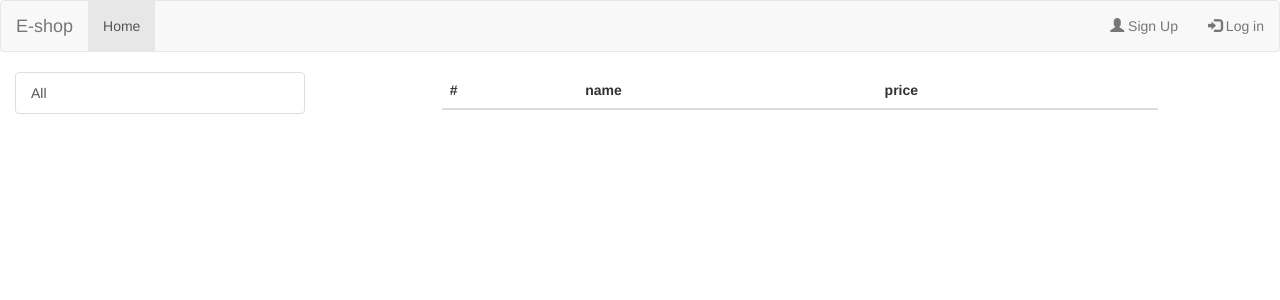
Repository: aziza-kamet/cms
Page: http://localhost/
The author's editor kept a record of every edit. The page is drawn from the files as they stood at one moment, then again after the next edit.
The browser window is 1280 px wide. The pictures show the whole page.
Some web libraries are served in a nearby version. The page is run by PHP 8.4 with error messages shown; the project is at /var/www/html/. Queries for data that is not in the repository find no rows.

Above is the page before.

### index.php
<?php
  session_start();

  require "init/db.php";
  require "functions.php";

	$page = "home";
	$online = false;

	setStatus();
	setPage();

	if(isset($_GET['act'])){

	  if($_GET['act'] == "login"){
	      if(isset($_POST['login']) && isset($_POST['pwd'])){
	          logIn($_POST['login'], $_POST['pwd']);
	      } else {
	        header("Location:?page=login&err=404");
	      }
	  } else if($_GET['act'] == "logout"){
	      logout();
	  } else if($_GET['act'] == "reg"){
	      if(isset($_POST['company_name']) && isset($_POST['login']) && isset($_POST['pwd']) && isset($_POST['re_pwd'])){
	        $result = signUp($_POST['company_name'], $_POST['login'], $_POST['pwd'], $_POST['re_pwd']);
	        if(isset($result->error)){
	          header("Location:?page=registration&err=$result->error");
	        } else {
	          logIn($_POST['login'], $_POST['pwd']);
	        }
	      } else{
	        header("Location:page=reg&err=404");
	      }
	  } else if($_GET['act']=='add_category'){
	        if(isset($_POST['name'])){
	            addCategory($_POST['name']);
	        }
	  } else if($_GET['act']=='add_commodity'){
	      if(isset($_POST['categoryId']) && isset($_POST['name']) && isset($_POST['price'])){
	          addCommidity($_POST['categoryId'], $_POST['name'], $_POST['price']);
	      }
	  } /*else if($_GET['act']=='add_manager'){
	      if(isset($_POST['login']) && isset($_POST['password']) && isset($_POST['repassword']) && isset($_POST['type'])){
	         addManager($_POST['login'],$_POST['password'],$_POST['repassword'], $_POST['type']);
	      }
	  } */else if($_GET['act']=='edit_category'){
	      if(isset($_POST['category_id']) && isset($_POST['name'] )){
	          editCategory($_POST['category_id'], $_POST['name']);
	      }
	  } else if($_GET['act']=='edit_manager'){
	      if(isset($_POST['manager_id']) && isset($_POST['login']) && isset($_POST['password']) && isset($_POST['repassword']) && isset($_POST['type'])){
	          editManager($_POST['manager_id'], $_POST['login'], $_POST['password'], $_POST['repassword'], $_POST['type']);
	      }
	  } else if($_GET['act']=='edit_commodity'){
	       if(isset($_POST['commodity_id']) && isset($_POST['name']) && isset($_POST['price']) && isset($_POST['categoryId'])){
	         editCommodity($_POST['commodity_id'],$_POST['name'], $_POST['price'], $_POST['categoryId']);
	       }
	  } else if($_GET['act']=='delete_manager'){
	      if(isset($_POST['manager_id'])){
	          deleteManager($_POST['manager_id']);
	      }
	  } else if($_GET['act']=='delete_category'){
	      if(isset($_POST['category_id'])){
	          deleteCategory($_POST['category_id']);
	      }
	  } else if($_GET['act']=='delete_commodity'){
	      if(isset($_POST['commodity_id'])){
	          deleteCommodity($_POST['commodity_id']);
	      }
	  } else if($_GET['act']=='block_manager'){
	      if(isset($_POST['manager_id'])){
	          blockManager($_POST['manager_id']);
	      }
	  } else if($_GET['act']=='unblock_manager'){
	      if(isset($_POST['manager_id'])){
	          unblockManager($_POST['manager_id']);
	      }
	  } else if($_GET['act']=='add_sales'){
	      if(isset($_POST['client_id']) && isset($_POST['commodity_id']) && isset($_POST['price']) && isset($_POST['quantity']) && isset($_POST['address'])){
	          addSales($_POST['client_id'],$_POST['commodity_id'],$_POST['price'],$_POST['quantity'],$_POST['address']);
	      }
	  } else if($_GET['act']=='add_quality_notes'){
	      if(isset($_POST['client_id']) && isset($_POST['reason']) && isset($_POST['commodity_id'])){
	          addQualityNotes($_POST['client_id'], $_POST['reason'], $_POST['commodity_id']);
	      }
	  }else if($_GET['act']=='add_tech_support_notes'){
	  	if(isset($_POST['client_id']) && isset($_POST['problem']) && isset($_POST['solution']) && isset($_POST['commodity_id'])){
	  		add_tech_support_notes($_POST['client_id'],$_POST['problem'],$_POST['solution'],$_POST['commodity_id']);
	  		header("LOcation:?page=tech_support");
	  	}
	  } else if($_GET['act']=='addCallTo'){
		  if(isset($_POST['client_id']) && $_POST['client_id']=='noName'){
	  		if(isset($_POST['name']) && isset($_POST['surname']) && isset($_POST['phone']) && isset($_POST['commodity_id']) && isset($_POST['result'])){
	  			addFirstCallTo($_POST['name'], $_POST['surname'], $_POST['phone'], $_POST['commodity_id'], $_POST['result']);
	  			header("Location:?page=sales&table=callsTo");
	  		}
		  }else if(isset($_POST['client_id']) && $_POST['client_id']!='noName'){
		  	if(isset($_POST['client_id']) && isset($_POST['commodity_id']) && isset($_POST['result'])){
	  			addSecondCallTo($_POST['client_id'], $_POST['commodity_id'], $_POST['result']);
	  			header("Location:?page=sales&table=callsTo");
	  		}
		  }else{
		  	echo "error";
		  }
	  }else if($_GET['act']=='addCallFrom'){
	  	 if(isset($_POST['client_id']) && $_POST['client_id']=='noName'){
	  		if(isset($_POST['name']) && isset($_POST['surname']) && isset($_POST['phone']) && isset($_POST['reason']) && isset($_POST['result'])){
	  			addFirstCallFrom($_POST['name'],$_POST['surname'],$_POST['phone'],$_POST['reason'],$_POST['result']);
	  			header("Location:?page=sales&table=callsFrom");
	  		}
		  }else if(isset($_POST['client_id']) && $_POST['client_id']!='noName'){
		  	if(isset($_POST['client_id']) && isset($_POST['reason']) && isset($_POST['result'])){
	  			addSecondCallFrom($_POST['client_id'],$_POST['reason'],$_POST['result']);
	  			header("Location:?page=sales&table=callsFrom");
	  		}
		  }else{
		  	echo "Error";
		  }
	  }else if($_GET['act']=='addCallsManager'){
	  	if(isset($_POST['rejected'])){
	  		if(isset($_POST['client_id']) && isset($_POST['manager_id']) && isset($_POST['reason'])){
	  			call_rejected($_POST['client_id'],$_POST['manager_id'],$_POST['reason']);
	  			header("Location:?page=calls");
	  		}
	  	}else{
	  		if(isset($_POST['client_id']) && isset($_POST['manager_id'])){
	  			call_not_rejected($_POST['client_id'],$_POST['manager_id']);
	  			header("Location:?page=calls");
	  		}
	  	}
	  }/*else if($_GET['act']=='add_return'){
	  	if(isset($_POST['sale_id']) && isset($_POST['reason'])){
	  		add_return($_POST['sale_id'],$_POST['reason']);
	  	}
	  }*/


	}

?>
<!DOCTYPE html>
<html lang="en">
    <head>
      <title>Bootstrap Case</title>
      <meta charset="utf-8">
      <meta name="viewport" content="width=device-width, initial-scale=1">
      <!-- Latest compiled and minified CSS -->
      <link rel="stylesheet" href="https://maxcdn.bootstrapcdn.com/bootstrap/3.3.7/css/bootstrap.min.css" integrity="sha384-BVYiiSIFeK1dGmJRAkycuHAHRg32OmUcww7on3RYdg4Va+PmSTsz/K68vbdEjh4u" crossorigin="anonymous">
      <script src="https://ajax.googleapis.com/ajax/libs/jquery/1.12.4/jquery.min.js"></script>
      <!-- Latest compiled and minified JavaScript -->
      <script src="http://code.jquery.com/jquery-1.11.3.js "></script>
      <script src="https://maxcdn.bootstrapcdn.com/bootstrap/3.3.7/js/bootstrap.min.js" integrity="sha384-Tc5IQib027qvyjSMfHjOMaLkfuWVxZxUPnCJA7l2mCWNIpG9mGCD8wGNIcPD7Txa" crossorigin="anonymous"></script>
    </head>
    <body>

	      <?php
	      	require "templates/menu.php";
	      ?>

	       <?php
	      	require "modules/$page.php";
	      ?>
    </body>
</html>

### init/db.php
<?php

    $connection = new mysqli("127.0.0.1", "wormhole23", "", "internet_shop");

    if($connection->connect_errno) {
        echo "Database connection error";
    }

?>

### templates/menu.php
        <nav class="navbar navbar-default">
          <div class="container-fluid">
            <div class="navbar-header">
              <a class="navbar-brand" href="#">E-shop</a>
            </div>
            <ul class="nav navbar-nav">
              <li class="active"><a href="?page=home">Home</a></li>
            </ul>
            <ul class="nav navbar-nav navbar-right">

              <?php
                if($online){
              ?>
              <li><a href="?page=logout"><span class=" "></span>Log out</a></li>
              <?php
                } else{
              ?>
                <li><a href="?page=registration"><span class="glyphicon glyphicon-user"></span> Sign Up</a></li>
                <li><a href="?page=login"><span class="glyphicon glyphicon-log-in"></span> Log in</a></li>
              <?php
              }
            ?>
            </ul>
          </div>
        </nav>

### modules/home.php


<div class="container-fluid">
  <div class="row">
    <div class="col-md-3">
       <div class="list-group" >
        <a class="list-group-item" onclick="getAllCommodities()">All</a>
        <?php
          $allCategories = getCategoriesForMenu();
          foreach($allCategories as $idRow=>$row){
           echo "<a onclick='getCommoditiesOnCategories($idRow)' class='list-group-item'>".$row."</a>";
          }
        ?>
    </div>
    </div>
    <div class="col-md-1"></div>
    <div class="col-md-7">
      <table class="table">
          <thead>
          <tr>
            <th>#</th>
            <th>name</th>
            <th>price</th>
          </tr>
        </thead>
         <tbody>


        </tbody>
      </table>
    </div>
    <div class="col-md-1"></div>
  </div>
</div>

<script>
  $(document).ready(function(){
      getAllCommodities();
    });
  function getAllCommodities(){
    jQuery.ajax({
      url: "ajax.php",
      data: "act=allCommOnCat",
      type: "POST",
      success: function(data){
          $('tbody').html(data);
      },
      error: function(xh, text, error){
        alert(error);
      }
    });
  }
  function getCommoditiesOnCategories(category_id){


    jQuery.ajax({
      url: "ajax.php",
      data: "act=commOnCat&arr=" + category_id,
      type: "POST",
      success: function(data){
          $('tbody').html(data);
      },
      error: function(xh, text, error){
        alert(error);
      }
    });
  }
</script>

### ajax.php
<?php
    session_start();

    require "init/db.php";
    require "functions.php";

    if(isset($_GET['req'])){
        if($_GET['req'] == "getCommodity" && isset($_GET['id'])){
            $id = $_GET['id'];
            $sql = "SELECT * FROM commodities WHERE commodity_id=$id";
            $query = $connection->query($sql);
            if($row = $query->fetch_object()){
                $json = array("name" => $row->name, "price" => $row->price, "category" => $row->category_id);
                echo json_encode($json);
            } else {
                echo "-1";
            }

        }else if($_GET['req']=="getManagers" && isset($_GET['id'])){
            $id = $_GET['id'];
            $sql = "SELECT * FROM users WHERE user_id=$id";
            $query = $connection->query($sql);
            if($row = $query->fetch_object()){
                $json = array('login' => $row->login, 'password'=>$row->password,'type'=>$row->type);
                echo json_encode($json);
            }else{
                echo "-1";
            }
        } else if($_GET['req'] == "getSalesReport" && isset($_GET['comp_id'])){
            $sales = getSalesReport($_GET['comp_id']);
            ?>
            <thead>
                <tr>
                    <th>Manager</th>
                    <th>Client</th>
                    <th>Commodity</th>
                    <th>Price</th>
                    <th>Quantity</th>
                    <th>Date</th>
                    <th>Address</th>
                </tr>
            </thead>
            <tbody>
            <?php
            foreach ($sales as $id=>$arr) {
        ?>

            <tr>
                <td><?php echo $arr['manager'];?></td>
                <td><?php echo $arr['client'];?></td>
                <td><?php echo $arr['commodity'];?></td>
                <td><?php echo $arr['price'];?></td>
                <td><?php echo $arr['quantity'];?></td>
                <td><?php echo $arr['date'];?></td>
                <td><?php echo $arr['address'];?></td>
            </tr>

        <?php
            }
            ?>
            </tbody>
            <?php

        } else if($_GET['req'] == "getTechSuppReport" && isset($_GET['comp_id'])){
            $tech = getTechSuppReport($_GET['comp_id']);
            ?>
            <thead>
                <tr>
                    <th>Manager</th>
                    <th>Client</th>
                    <th>Commodity</th>
                    <th>Reason</th>
                    <th>Result</th>
                </tr>
            </thead>
            <tbody>
            <?php
            foreach ($tech as $id=>$arr) {
        ?>

            <tr>
                <td><?php echo $arr['manager'];?></td>
                <td><?php echo $arr['client'];?></td>
                <td><?php echo $arr['commodity'];?></td>
                <td><?php echo $arr['reason'];?></td>
                <td><?php echo $arr['result'];?></td>
            </tr>

        <?php
            }
            ?>
            </tbody>
            <?php

        } else if($_GET['req'] == "getQualityReport" && isset($_GET['comp_id'])){
            $quality = getQualityReport($_GET['comp_id']);
            ?>
            <thead>
                <tr>
                    <th>Manager</th>
                    <th>Client</th>
                    <th>Commodity</th>
                    <th>Reason</th>
                </tr>
            </thead>
            <tbody>
            <?php
            foreach ($quality as $id=>$arr) {
        ?>

            <tr>
                <td><?php echo $arr['manager'];?></td>
                <td><?php echo $arr['client'];?></td>
                <td><?php echo $arr['commodity'];?></td>
                <td><?php echo $arr['reason'];?></td>
            </tr>

        <?php
            }
            ?>
            </tbody>
            <?php

        } else if($_GET['req'] == "getCallReport" && isset($_GET['comp_id'])){
            $call = getCallsReport($_GET['comp_id']);
            ?>
            <thead>
                <tr>
                    <th>Manager</th>
                    <th>Client</th>
                    <th>Switched manager</th>
                    <th>Is rejected?</th>
                    <th>Rejection reason</th>
                </tr>
            </thead>
            <tbody>
            <?php
            foreach ($call as $id=>$arr) {
        ?>

            <tr>
                <td><?php echo $arr['manager'];?></td>
                <td><?php echo $arr['client'];?></td>
                <td><?php echo $arr['switched'];?></td>
                <td><?php echo ($arr['rejected']==1?"YES":"NO");?></td>
                <td><?php echo $arr['reason'];?></td>
            </tr>

        <?php
            }
            ?>
            </tbody>
            <?php

        } else if($_GET['req'] == "getCallTechClient" && isset($_GET['client_id'])){
            $calls = getCallTechClient($_GET['client_id']);
        ?>
            <thead>
                <tr>
                    <th>Manager</th>
                    <th>Commodity</th>
                    <th>Reason</th>
                    <th>Result</th>
                </tr>
            </thead>
            <tbody>
        <?php
            foreach ($calls as $id=>$arr) {
        ?>

            <tr>
                <td><?php echo $arr['login'];?></td>
                <td><?php echo $arr['commodity_name'];?></td>
                <td><?php echo $arr['reason'];?></td>
                <td><?php echo $arr['result'];?></td>
            </tr>

        <?php
            }
        ?>
            </tbody>
        <?php

        } else if($_GET['req'] == "getCallTechCommodity" && isset($_GET['comm_id'])){
            $calls = getCallTechCommodity($_GET['comm_id']);
        ?>
            <thead>
                <tr>
                    <th>Manager</th>
                    <th>Client</th>
                    <th>Reason</th>
                    <th>Result</th>
                </tr>
            </thead>
            <tbody>
        <?php
            foreach ($calls as $id=>$arr) {
        ?>

            <tr>
                <td><?php echo $arr['login'];?></td>
                <td><?php echo $arr['client_name'];?></td>
                <td><?php echo $arr['reason'];?></td>
                <td><?php echo $arr['result'];?></td>
            </tr>

        <?php
            }
        ?>
            </tbody>
        <?php

        } else if($_GET['req'] == "getSales" && isset($_GET['comp_id'])){

            $sales = numberOfSales($_GET['comp_id']);
            echo json_encode($sales);

        }  else if($_GET['req'] == "getRefunds" && isset($_GET['comp_id'])){

            $refunds = numberOfRefunds($_GET['comp_id']);
            echo json_encode($refunds);

        } else if($_GET['req'] == "getSalesByComm" && isset($_GET['comp_id']) && isset($_GET['comm_id'])){

            $sales = numberOfSalesByComm($_GET['comp_id'], $_GET['comm_id']);
            echo json_encode($sales);

        } else if($_GET['req'] == "getRefundsByComm" && isset($_GET['comp_id']) && isset($_GET['comm_id'])){

            $refunds = numberOfRefundsByComm($_GET['comp_id'], $_GET['comm_id']);
            echo json_encode($refunds);

        } else if($_GET['req'] == "getFullSalesComm" && isset($_GET['comp_id']) && isset($_GET['comm_id'])){

            $sales = getSaleByComm($_GET['comp_id'], $_GET['comm_id']);
            foreach ($sales as $id=>$arr) {
        ?>

            <tr>
                <td><?php echo $arr['client'];?></td>
                <td><?php echo $arr['quantity'];?></td>
                <td><?php echo $arr['date'];?></td>
                <td><?php echo $arr['manager'];?></td>
            </tr>

        <?php
            }

        } else if($_GET['req'] == "getFullRefundsComm" && isset($_GET['comp_id']) && isset($_GET['comm_id'])){

            $refunds = getRefundByComm($_GET['comp_id'], $_GET['comm_id']);
            foreach ($refunds as $id=>$arr) {
        ?>

            <tr>
                <td><?php echo $arr['client'];?></td>
                <td><?php echo $arr['quantity'];?></td>
                <td><?php echo $arr['date'];?></td>
                <td><?php echo $arr['manager'];?></td>
            </tr>

        <?php
            }
        } else if($_GET['req'] == "getClientsData" && isset($_GET['comp_id'])){

                $clients = getClientsData($_GET['comp_id']);
                foreach ($clients as $id=>$arr) {
        ?>

            <tr>
                <td><?php echo $arr['client'];?></td>
                <td><?php echo $arr['purchases'];?></td>
                <td><?php echo $arr['refunds'];?></td>
                <td><?php echo $arr['total'];?></td>
            </tr>

        <?php
                }
            }
    }

    if(isset($_POST['act'])){
        if($_POST['act'] == "editComm"){
            $commData = json_decode($_POST['arr']);
            editCommodity($commData->id, $commData->name, $commData->price, $commData->category);
            $query = "SELECT name FROM categories WHERE category_id=$commData->category";
            $sql = $connection->query($query);
            if($row = $sql->fetch_object()){
                $json = array("name" => $commData->name, "price" => $commData->price, "category" => $row->name);
                echo json_encode($json);
            }
        } else if($_POST['act'] == "addComm"){
            $commData = json_decode($_POST['arr']);
            addCommodity($commData->category, $commData->name, $commData->price);
            getCommoditiesForTable($commData->company_id);

        } else if($_POST['act']=="addCat"){
            $catData = json_decode($_POST['arr']);
            addCategory($catData->company_id, $catData->name);
            getCategoriesForTable($catData->company_id);

        } else if($_POST['act']=='editCat'){
            $catData = json_decode($_POST['arr']);
            editCategory($catData->id, $catData->name);
            $json = array("name"=>$catData->name);
            echo json_encode($json);

        } else if($_POST['act']=='addMan'){
            $manData = json_decode($_POST['arr']);
            addManager($manData->company_id,$manData->login,$manData->password,$manData->repassword,$manData->type);
            getManagersForTable($manData->company_id);

        } else if($_POST['act']=='editMan'){
            $manData = json_decode($_POST['arr']);
            editManager($manData->id,$manData->login, $manData->password,$manData->repassword, $manData->type);
            $json = array("login"=>$manData->login, "password"=>$manData->password, "type"=>$manData->type);
            echo json_encode($json);
        } else if($_POST['act']=='commOnCat'){
            $com = json_decode($_POST['arr']);
            $commodities = getCommoditiesOnCategories($com);
            echo count($commodities);
              foreach ($commodities as $idRow=>$row){
                 echo "<tr>";
                echo "<td>$idRow</td>";
              echo "<td>".$row['name']."</td>";
                echo "<td>".$row['price']."</td>";
                echo "</tr>";
              }

        } else if($_POST['act']=='allCommOnCat'){
            $allCommodities = getAllCommodities();
            foreach($allCommodities as $idRow=>$row){
                echo "<tr id='row$idRow'>";
                echo "<td>$idRow</td>";
                echo "<td>".$row['name']."</td>";
                echo "<td>".$row['price']."</td>";
                echo "</tr>";
            }
        } else if($_POST['act']=='deleteComm'){
           deleteCommodity($_POST['commId']);
           getCommoditiesForTable($_POST['compId']);
        } else if($_POST['act']=='deleteCat'){
            deleteCategory($_POST['catId']);
            getCategoriesForTable($_POST['compId']);
        } else if($_POST['act']=='deleteMan'){
            deleteManager($_POST['manId']);
            getManagersForTable($_POST['compId']);
        }else if($_POST['act']=='blockMan'){
            blockManager($_POST['manId']);
            getManagersForTable($_POST['compId']);
        }else if($_POST['act']=='unblockMan'){
            unblockManager($_POST['manId']);
             getManagersForTable($_POST['compId']);
        }
    }

    function getCommoditiesForTable($company_id){
        $comm =  getCommodities($company_id);
            foreach ($comm as $idRow=>$row){
                echo "<tr id='row$idRow' onclick='rowSelected($idRow)'>";
                echo "<td>$idRow</td>";
                echo "<td>".$row['name']."</td>";
                echo "<td>".$row['price']."</td>";
                echo "<td>".$row['category']."</td>";
                echo "</tr>";
            }
    }

    function getCategoriesForTable($company_id){
        $allCategories = getAllCategories($company_id);
              foreach ($allCategories as $idRow=>$row){
                echo "<tr  id=row1 onclick='rowSelected($idRow)'>";
                echo "<td>$idRow</td>";
                echo "<td>".$row['name']."</td>";
                echo "</tr>";
              }
    }

    function getManagersForTable($company_id){
        $allManagers = getManagers($company_id);
            foreach($allManagers as $idRow=>$row){
                echo "<tr  id=row1 onclick='rowSelected($idRow)'>";
                echo "<td>$idRow</td>";
                echo "<td>".$row['login']."</td>";
                echo "<td>".$row['password']."</td>";
                echo "<td>".$row['type']."</td>";
                echo "<td>".$row['active']."</td>";
                echo "</tr>";
            }
    }


?>

Loaded but not shown: functions.php (717 lines, source omitted)

After the next edit:
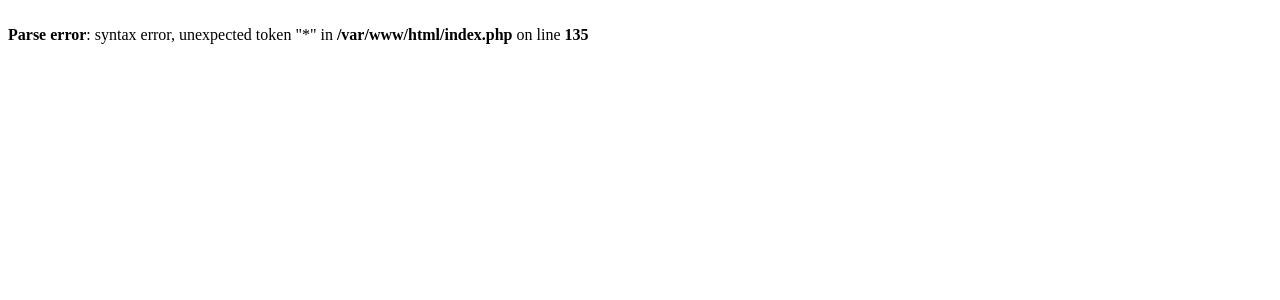
The edit:
--- a/index.php
+++ b/index.php
@@ -128,7 +128,7 @@
 	  			header("Location:?page=calls");
 	  		}
 	  	}
-	  }/*else if($_GET['act']=='add_return'){
+	  }else if($_GET['act']=='add_return'){
 	  	if(isset($_POST['sale_id']) && isset($_POST['reason'])){
 	  		add_return($_POST['sale_id'],$_POST['reason']);
 	  	}

After the edit that followed:
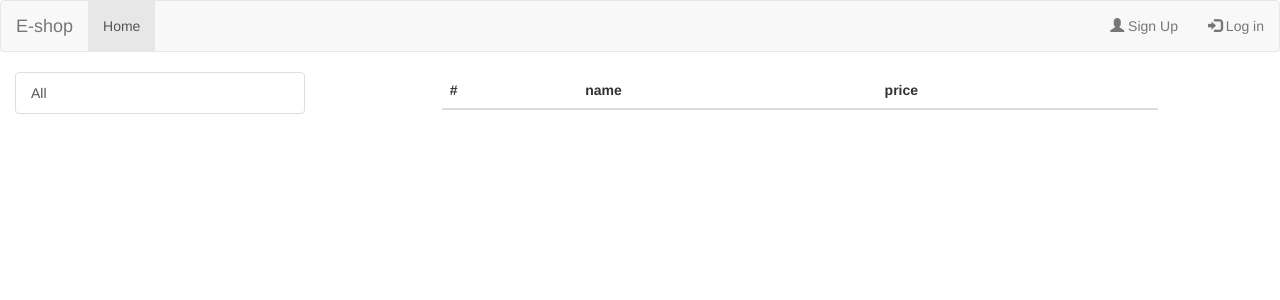
The edit:
--- a/index.php
+++ b/index.php
@@ -131,8 +131,9 @@
 	  }else if($_GET['act']=='add_return'){
 	  	if(isset($_POST['sale_id']) && isset($_POST['reason'])){
 	  		add_return($_POST['sale_id'],$_POST['reason']);
+	  		header("Location:?page=tech_support");
 	  	}
-	  }*/
+	  }
 
 
 	}
